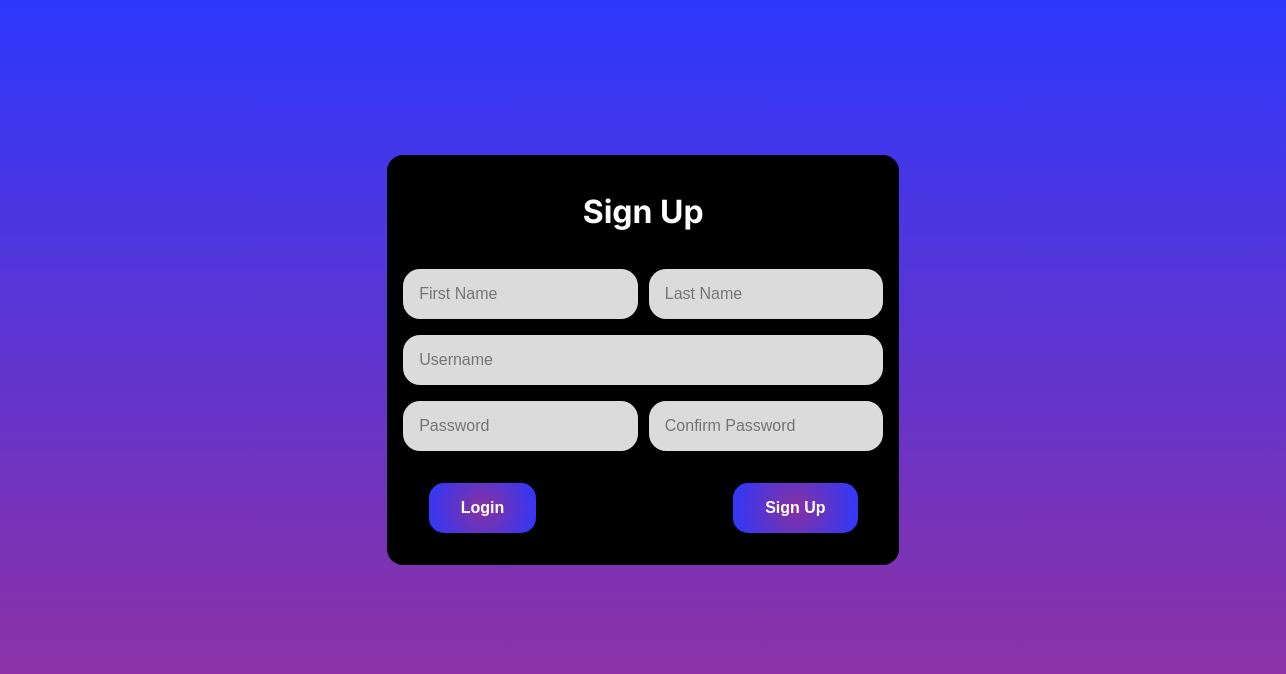
Repository: Hardyy00/Social-Media-Web-App
Page: / (app in frontend/)
An editor plug-in stored every save of this project. The page is shown before and after the next save, followed by the edit.
The browser window is 1280 px wide. The page is 1286 px wide, so the pictures cover 1286 px, including what lies to the right of the window. The pictures show the whole page.
The project was rebuilt for these pictures with package versions that can differ from the ones it lists, and the page was loaded fresh each time. Also part of the build but not shown: frontend/vite.config.js.

Above is the page before, as saved 2024-01-18 14:42:15.

### frontend/index.html
<!DOCTYPE html>
<html lang="en">
  <head>
    <meta charset="UTF-8" />
    <link rel="icon" type="image/svg+xml" href="/vite.svg" />
    <meta name="viewport" content="width=device-width, initial-scale=1.0" />
    <link
      href="https://fonts.googleapis.com/css2?family=Dancing+Script:wght@700&family=Inter:wght@400;600;700&family=Jost:ital,wght@0,400;0,600;0,700;0,800;1,500&family=Noto+Sans&family=Noto+Sans+JP&family=Nunito&family=Poppins:wght@100;300;400;700&family=Press+Start+2P&family=Roboto&display=swap"
      rel="stylesheet"
    />

    <style>
      body {
        font-family: "Inter", sans-serif;
        margin: 0;
      }
    </style>
    <title>Vite + React</title>
  </head>
  <body>
    <div id="root"></div>
    <script type="module" src="/src/main.jsx"></script>
  </body>
</html>

### frontend/src/App.jsx
import "./App.css";
import Auth from "./Pages/auth/Auth";
// import Home from "./Pages/home/Home";
// import Profile from "./Pages/profile/Profile";

function App() {
  return (
    <>
      <div className="auth">
        <Auth />
      </div>
    </>
  );
}

// <div className="app">
//   <div className="blur" style={{ top: "-18%", right: "0" }}></div>
//   <div className="blur" style={{ top: "36%", left: "-8rem" }}></div>
//   {/* <Home /> */}
//   <Profile />
// </div>
export default App;

### frontend/src/App.css
:root {
  --yellow: #f5c32c;
  --red: #ef233c;
  --black: #242d49;
  --gray: rgba(36, 45, 73, 0.65);
  --profileShadow: 0px 4px 17px 2px rgba(0, 0, 0, 0.25);
  --hrColor: #cfcdcd;
  --cardColor: rgba(248, 248, 248, 0.804);
  --buttonBg: linear-gradient(98.63deg, #f9a225 0%, #f95f35 100%);
  --inputColor: rgba(40, 52, 62, 0.07);
  --photo: #4cb256;
  --video: #4a4eb7;
  --location: #ef5757;
  --schedule: #e1ae4a;
  --authBackground: #0c0032;
}

.app {
  overflow: hidden;
  color: var(--black);
  background-color: #8bc6ec;
  background-image: linear-gradient(135deg, #8bc6ec 0%, #9599e2 100%);

  padding: 1rem 1rem;
}

.blur {
  position: absolute;
  width: 22rem;
  height: 14rem;
  border-radius: 50%;
  background: #a6ddf0;
  filter: blur(72px);
}

.btn {
  display: flex;
  align-items: center;
  justify-content: center;
  color: white;
  border: none;
  border-radius: 0.5rem;
  background-image: linear-gradient(to top, #30cfd0 0%, #330867 100%);
  transition: all 100ms ease-out;
  padding: 0.2rem 0.5rem;
}

.btn:hover {
  cursor: pointer;
  border: 1px solid var(--red);
}

.auth {
  background: rgb(147, 49, 159);
  background: linear-gradient(
    0deg,
    rgba(147, 49, 159, 1) 0%,
    rgba(45, 56, 253, 1) 100%
  );
  width: 98%;
  height: 95.5vh;
  padding: 1rem;
  overflow: hidden;
  display: flex;
  justify-content: center;
  align-items: center;
}

::-webkit-scrollbar {
  display: none;
}

### frontend/src/Pages/auth/Auth.jsx
import { useState } from "react";
import "./Auth.css";

export default function Auth() {
  const [isSignUp, setIsSignUp] = useState(true);

  const buttonToggleHandler = () => {
    setIsSignUp((preSignUp) => !preSignUp);
  };

  const formSubmitHandler = (event) => {
    event.preventDefault();
    console.log(event);
  };
  return (
    <div className="auth_page">
      <h1>{isSignUp ? "Sign Up" : "Login"}</h1>
      <form onSubmit={formSubmitHandler}>
        {isSignUp && (
          <>
            <div className="row">
              <input type="text" placeholder="First Name" name="firstName" />
              <input type="text" placeholder="Last Name" name="lastName" />
            </div>

            <div className="row">
              <input type="text" placeholder="Username" name="username" />
            </div>

            <div className="row">
              <input type="password" placeholder="Password" name="password" />
              <input
                type="password"
                placeholder="Confirm Password"
                name="confirmPassword"
              />
            </div>
          </>
        )}

        {!isSignUp && (
          <>
            <div className="row">
              <input type="text" placeholder="Username" name="username" />
            </div>
            <div className="row">
              <input type="password" placeholder="Password" name="password" />
            </div>
          </>
        )}

        <div className="submit_row">
          <button className="auth_btn" onClick={buttonToggleHandler}>
            {isSignUp ? "Login" : "SignUp"}
          </button>
          <button className="auth_btn">{isSignUp ? "Sign Up" : "Login"}</button>
        </div>
      </form>
    </div>
  );
}

### frontend/src/Pages/auth/Auth.css
.auth_page {
  max-width: 30rem;
  width: 90%;
  background-color: black;
  padding: 1rem;
  display: flex;
  flex-direction: column;
  gap: 1rem;
  justify-content: center;
  align-items: center;
  border-radius: 1rem;
}

.auth_page > h1 {
  color: white;
}

.auth_page > form {
  width: 100%;
  display: flex;
  flex-direction: column;
  gap: 1rem;
}

.row {
  display: flex;
  gap: 0.7rem;
}

.row > input {
  width: 100%;
  padding: 1rem;
  border: none;
  border-radius: 17px;
  outline: none;
  font-size: 1rem;

  background-color: rgb(219, 219, 219);
}

.submit_row {
  margin: 1rem;
  padding-inline: 0.6rem;
  display: flex;
  /* justify-content: space-between; */
  /* align-items: flex-start; */
  justify-content: space-between;
}

.auth_btn {
  font-weight: bold;
  border: none;
  outline: none;
  padding: 1rem 2rem;
  border-radius: 15px;
  font-size: 1rem;
  color: white;
  background: rgb(134, 49, 159);
  background: radial-gradient(
    circle,
    rgba(134, 49, 159, 1) 0%,
    rgba(45, 56, 253, 1) 100%
  );
}

Loaded but not shown: frontend/src/main.jsx (common file)

After the next save:
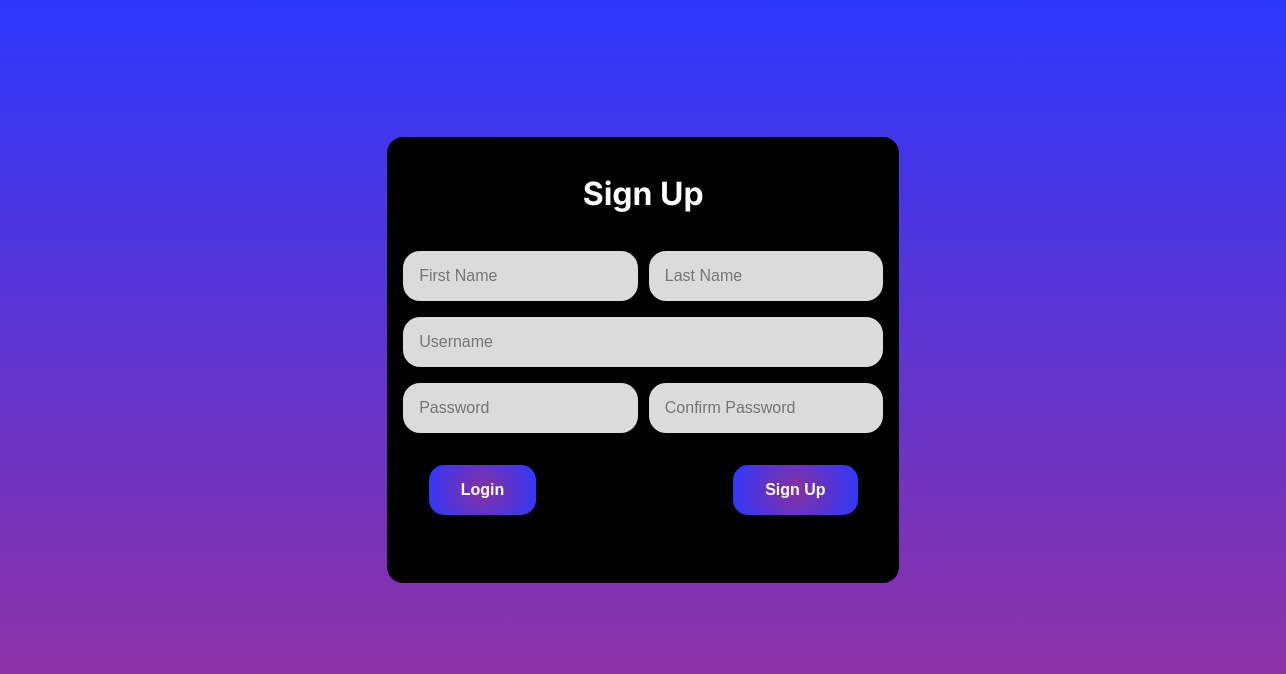
Saved 3 min 2 s later.
--- a/frontend/src/Pages/auth/Auth.jsx
+++ b/frontend/src/Pages/auth/Auth.jsx
@@ -3,6 +3,7 @@ import "./Auth.css";
 
 export default function Auth() {
   const [isSignUp, setIsSignUp] = useState(true);
+  const [val, setValue] = useState(0);
 
   const buttonToggleHandler = () => {
     setIsSignUp((preSignUp) => !preSignUp);
@@ -53,9 +54,16 @@ export default function Auth() {
           <button className="auth_btn" onClick={buttonToggleHandler}>
             {isSignUp ? "Login" : "SignUp"}
           </button>
-          <button className="auth_btn">{isSignUp ? "Sign Up" : "Login"}</button>
+          <button
+            className="auth_btn"
+            onClick={() => setValue((pre) => pre + 1)}
+          >
+            {isSignUp ? "Sign Up" : "Login"}
+          </button>
         </div>
       </form>
+
+      {val}
     </div>
   );
 }
